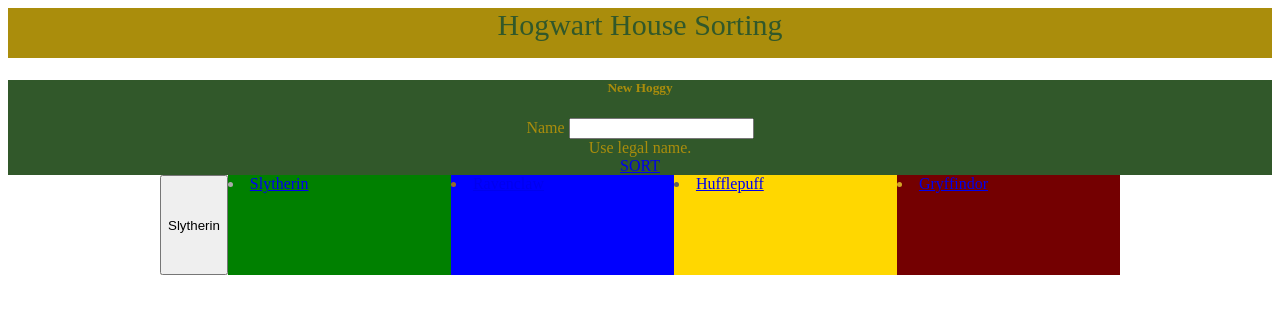
Repository: ZamlZam/INDIVIDUAL-PROJECT-sorting-hat
Page: index.html
The author's editor kept a copy of each file at every save. The page is drawn from the files as they stood at one save, then again after the next save.
The browser window is 1280 px wide. The pictures show the whole page.

Above is the page before, as saved 2023-04-29 12:25:41.

After the next save:
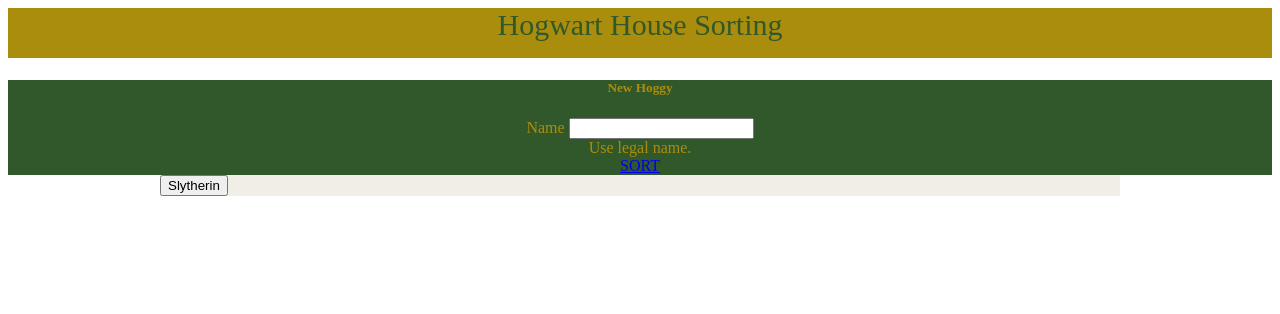
Saved 9 s later.
--- a/index.html
+++ b/index.html
@@ -30,7 +30,7 @@
       <!-- <div class="flex-container"> -->
       <div class="Houses">
         <button type="button" class="btn btn-outline-dark">Slytherin</button>
-        <li class="box one">
+        <!-- <li class="box one">
           <a class="nav-Slytherin" href="#">Slytherin</a>
         </li>
         <li class="box two">
@@ -41,7 +41,7 @@
         </li>
         <li class="box four">
           <a class="nav-Gryffindor" href="#">Gryffindor</a>
-        </li>
+        </li> -->
       </div>
     </div>
 
